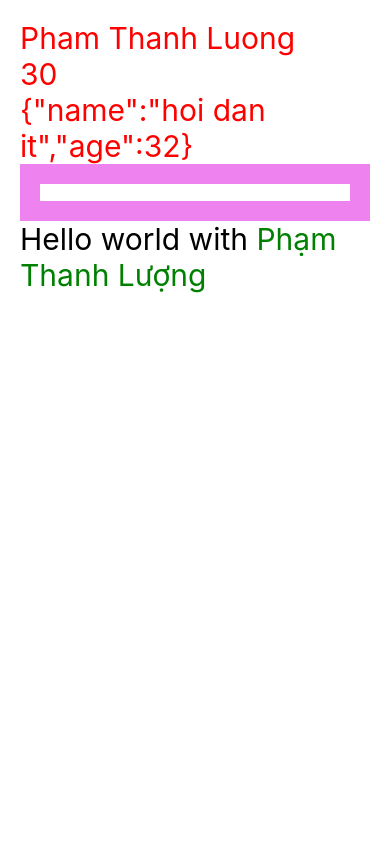
Repository: LuongPTCE181311/React-Native-Ultimate
Screen: /
The author's editor kept a copy of each file at every save. The screen is drawn from the files as they stood at one save, then again after the next save.
The app was drawn by React Native's web renderer in a window 390 px wide. The project was rebuilt for these pictures with package versions that can differ from the ones it lists, and the page was loaded fresh each time. Some packages were replaced by stand-ins written for this rebuild.

Above is the screen before, as saved 2026-05-30 15:28:34.

After the next save:
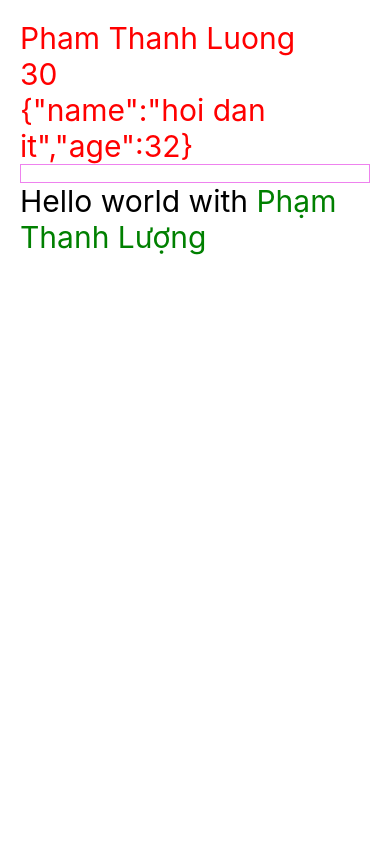
Saved 5 s later.
--- a/App.tsx
+++ b/App.tsx
@@ -51,6 +51,6 @@ const styles = StyleSheet.create({
   },
   borderInput: {
     borderColor: "violet",
-    borderWidth: 20
+    borderWidth: 1
   }
 });
